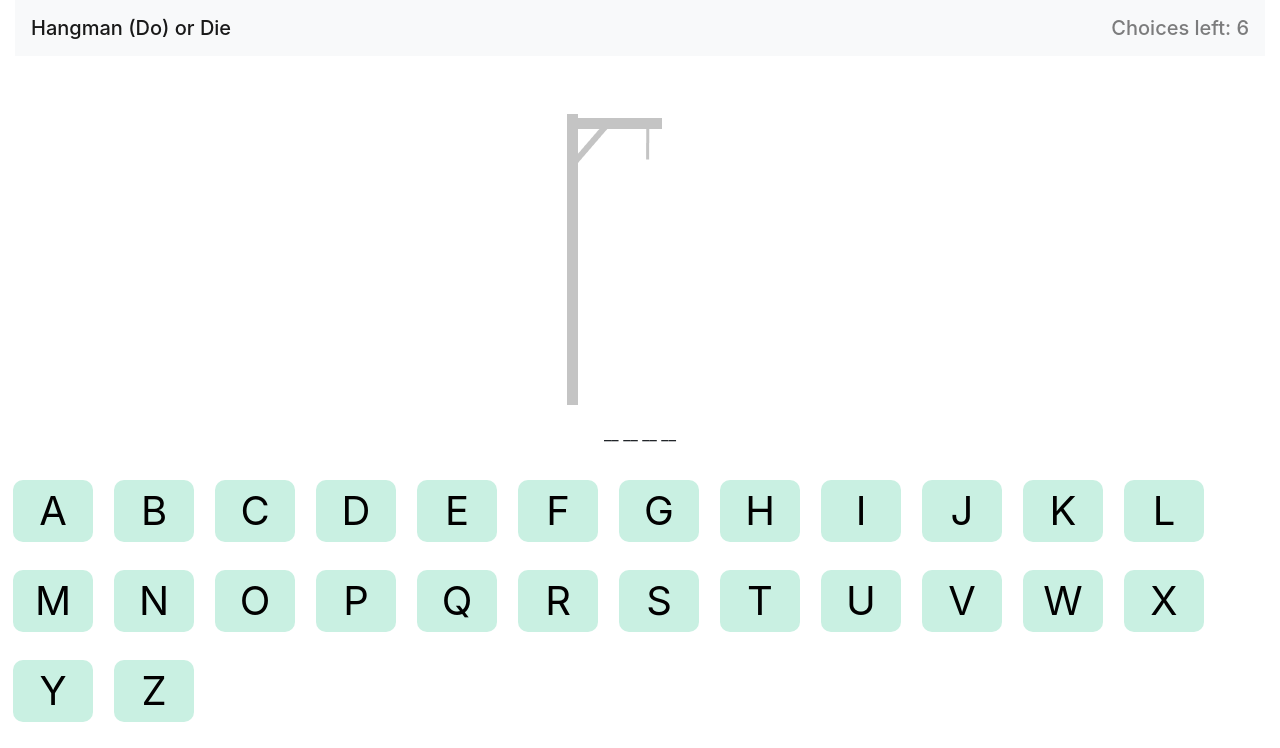
Repository: jatinhchanchlani/hangman
Page: /
An editor plug-in stored every save of this project. The page is shown before and after a run of saves, followed by the edit.
The browser window is 1280 px wide. The pictures show the whole page.
The project was rebuilt for these pictures with package versions that can differ from the ones it lists, and the page was loaded fresh each time. Also part of the build but not shown: src/App.css, src/components/playAgain.jsx.

Above is the page before, as saved 2020-10-25 20:54:02.

After the next 2 saves:
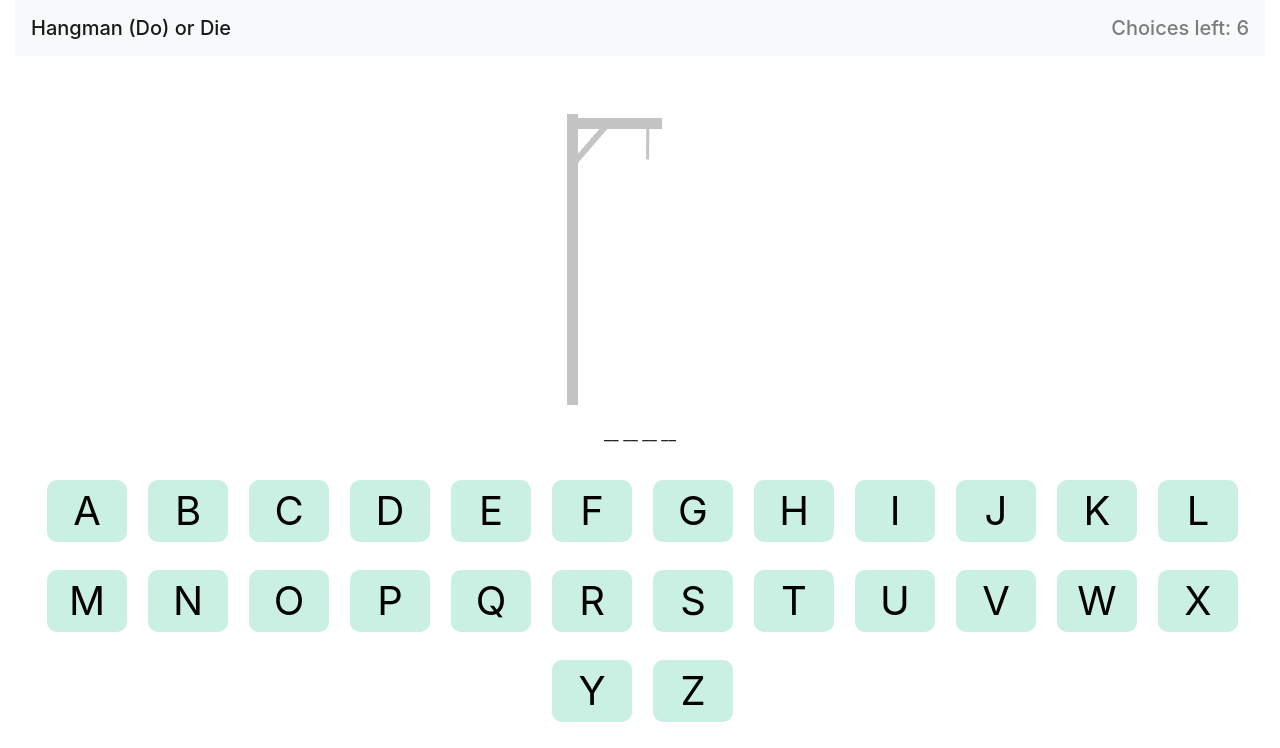
The 2 saves are shown as one change because 1 did not build or start.
The last was saved 43 s later.
--- a/src/components/inputCharacters.jsx
+++ b/src/components/inputCharacters.jsx
@@ -9,7 +9,7 @@ class InputCharacters extends Component {
       return null;
     } else {
       return (
-        <div className="row">
+        <p>
           {characters.map((character) => (
             <button
               key={character.value}
@@ -20,7 +20,7 @@ class InputCharacters extends Component {
               {character.value}
             </button>
           ))}
-        </div>
+        </p>
       );
     }
   }
